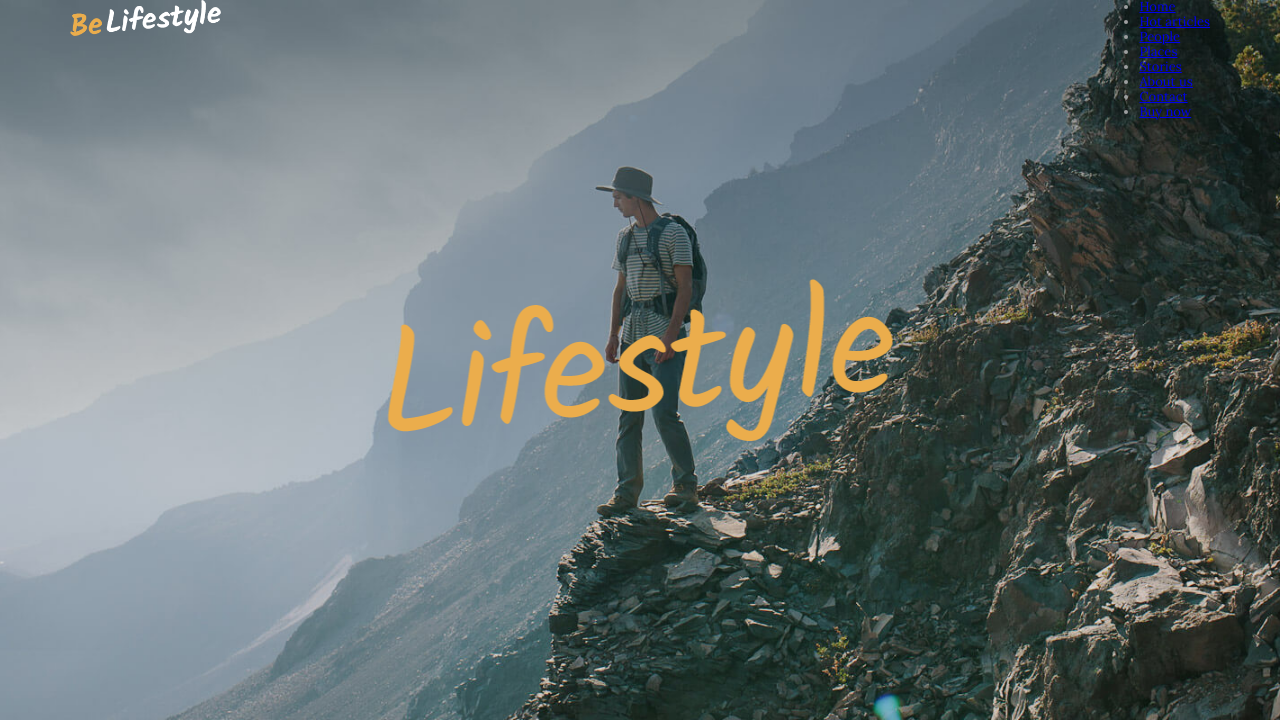
Repository: MalgorzataMazur/BeLife
Page: index.html
The author's editor kept a copy of each file at every save. The page is drawn from the files as they stood at one save, then again after the next save.
The browser window is 1280 px wide. The pictures show the whole page.

Above is the page before, as saved 2019-10-30 11:30:34.

After the next save:
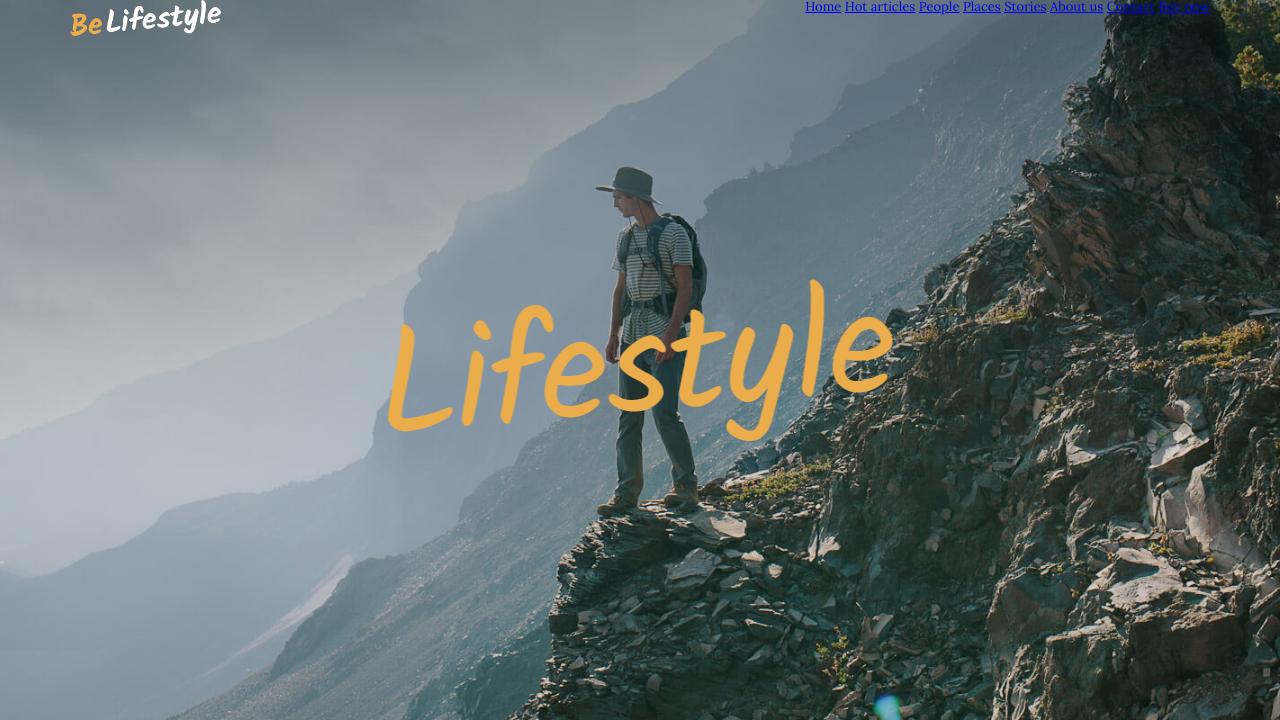
Saved 90 s later.
--- a/resources/css/style.css
+++ b/resources/css/style.css
@@ -52,5 +52,10 @@ header {
 
 .main-nav {
     float: right;
+    list-style: none;
 
 }
+.main-nav li {
+    display: inline-block;
+    margin-left:
+}
